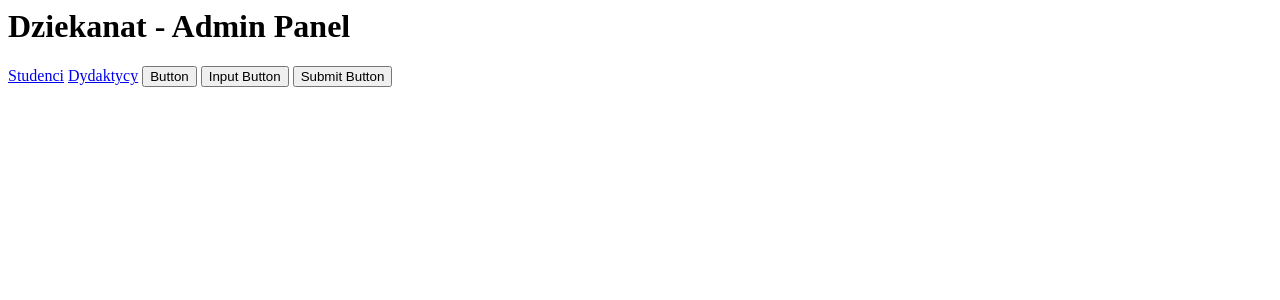
Repository: wojciechDrozd/php
Page: http://localhost/adminMenuBar.php
An editor plug-in stored every save of this project. The page is shown before and after the next save, followed by the edit.
The browser window is 1280 px wide. The pictures show the whole page.
The page is run by PHP 8.4 with error messages shown; the project is at /var/www/html/.

Above is the page before, as saved 2017-04-12 19:25:41.

After the next save:
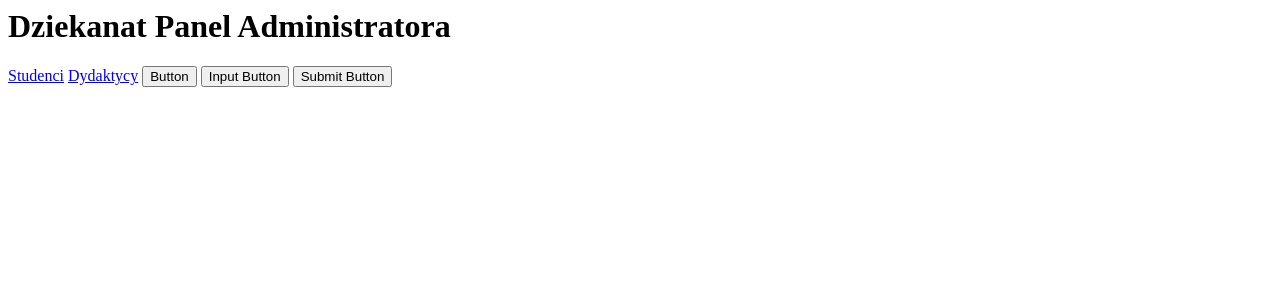
Saved 22 s later.
--- a/1/CRUDexample/adminMenuBar.php
+++ b/1/CRUDexample/adminMenuBar.php
@@ -1,7 +1,7 @@
 <div class="container">
 	<div class="row">
 		<div class="col-md-12">
-			<h1>Dziekanat - Admin Panel</h1>
+			<h1>Dziekanat Panel Administratora</h1>
 		</div>
 	</div>
 	<div class="row">
